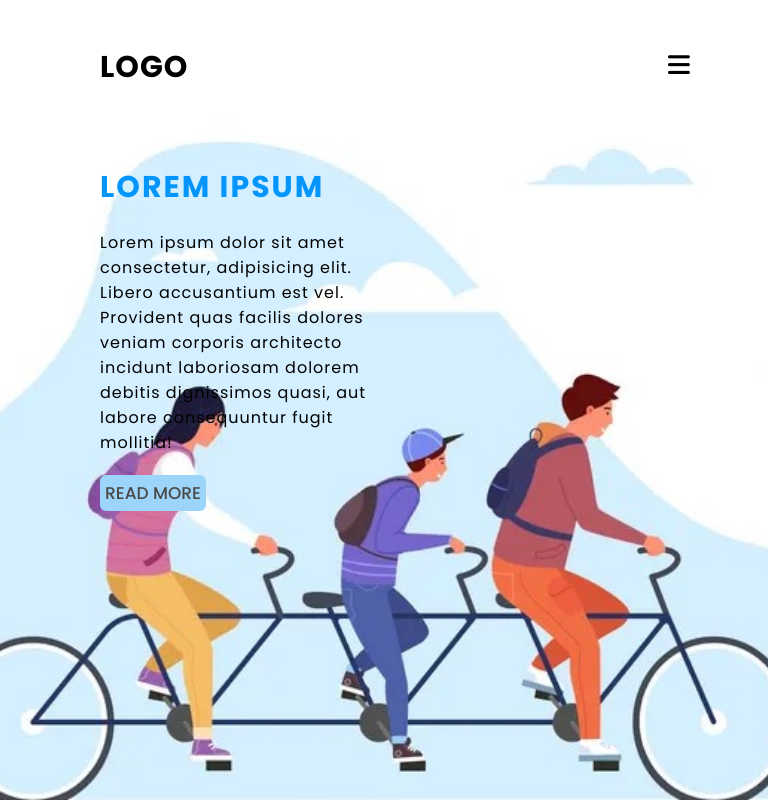
Repository: nganha241/1806
Page: index.html
These files come from the project's save history. The page is drawn as it stood at one moment and after the next save; the edit follows.
The browser window is 768 px wide. The pictures show the whole page.
Some web libraries are served in a nearby version.

Above is the page before, as saved 2022-06-18 16:45:28.

### index.html
<!DOCTYPE html>
<html lang="en">
  <head>
    <meta charset="UTF-8" />
    <meta http-equiv="X-UA-Compatible" content="IE=edge" />
    <meta name="viewport" content="width=device-width, initial-scale=1.0" />
    <title>Document</title>
    <link rel="stylesheet" href="style.css" />
    <script
      src="https://kit.fontawesome.com/ae971d7ee0.js"
      crossorigin="anonymous"
    ></script>
  </head>
  <body>
    <section>
      <input type="checkbox" id="check" />
      <header>
        <div class="logo">
          <h2>Logo</h2>
        </div>

        <div class="navigation">
          <a href="#">Home</a>
          <a href="#">News</a>
          <a href="#">Contact</a>
          <a href="#">About us</a>
        </div>
        <label for="check">
          <i class="fas fa-bars menu-btn"></i>
          <i class="fa fa-times close-btn"></i>
        </label>
      </header>
      <div class="content">
        <h1 class="title">LOREM IPSUM</h1>
        <p class="text">
          Lorem ipsum dolor sit amet consectetur, adipisicing elit. Libero
          accusantium est vel. Provident quas facilis dolores veniam corporis
          architecto incidunt laboriosam dolorem debitis dignissimos quasi, aut
          labore consequuntur fugit mollitia!
        </p>
        <button class="btn-more">READ MORE</button>
      </div>
    </section>
  </body>
</html>

### style.css
@import url('https://fonts.googleapis.com/css2?family=Poppins:wght@300;400;500;600;700;800;900&display=swap');

* {
    box-sizing: border-box;
    padding: 0;
    margin: 0;
    font-family: 'Poppins', sans-serif;
}

a {
    text-decoration: none;
}

section {
    width: 100%;
    min-height: 100vh;
    display: flex;
    flex-direction: column;
    justify-content: flex-start;
    background: url('./bg.jpg');
    background-size: cover;
    background-position: center;
}

section header {
    position: relative;
    top: 0;
    width: 100%;
    padding: 30px 100px;
    display: flex;
    justify-content: space-between;
    align-items: center;
}

.logo {
    position: relative;
    font-size: 28px;
    letter-spacing: 1px;
    cursor: pointer;
    text-transform: uppercase;
}

.navigation a{
   letter-spacing: 2px;
   background: none;
   padding: 5px 8px;
   text-transform: uppercase;
   font-weight: 500;
   border-radius: 20px;
   color: #111;
   transition: 0.4s;
    transition-property: background;
}

.navigation a:not(:last-child) {
    margin-right: 30px;
}

.navigation a:hover {
    color: #fff;
    background: rgb(102, 167, 252);
    transition: 0.4s;
}

.content {
    margin: 60px 100px;
    width: 40%;
}

.title {
    margin-bottom: 20px;
    text-transform: uppercase;
    font-weight: 700;
    font-size: 55px;
    color: #0296FC;
    letter-spacing: 2px;
}

.text {
    margin-bottom: 20px;
    letter-spacing: 1px;
}

.btn-more {
    background: #9DD4FA;
    border: none;
    border-radius: 6px;
    padding: 5px;
    font-size: 17px;
    cursor: pointer;
    font-weight: 500;
    color: rgb(73, 74, 72);
    transition: 0.4s;
    transition-property: transform;
}

.btn-more:hover {
    transform: scale(1.1);
}

label {
    display: none;
}



#check {
    display: none;
}



@media (max-width: 960px) {
    header .navigation {
        display: none;
    }
    label {
        display: block;
        cursor: pointer;
        font-size: 25px;
    }

    label .close-btn {
        display: none;
    }

    #check:checked ~ header .navigation {
        z-index: 2;
        position: fixed;
        top: 0;
        bottom: 0;
        left: 0;
        right: 0;
        background: rgba(144, 233, 255, 0.9);
        display: flex;
        flex-direction: column;
        justify-content: center;
        align-items: center;
    }

    #check:checked ~ header .navigation a {
        margin-bottom: 50px;
        font-weight: 700;
        align-items: center;
    }

    #check:checked ~ header label .menu-btn {
        display: none;
    }

    #check:checked ~ header label .close-btn {
        z-index: 2;
        display: block;
        position: fixed;
    }

    label .menu-btn {
        position: absolute;
    }

    header .logo {
        /* position: absolute; */
        bottom: -15px;
        font-size: 20px;
    }

    .content .title{
        font-size: 30px;
    }
}

After the next save:
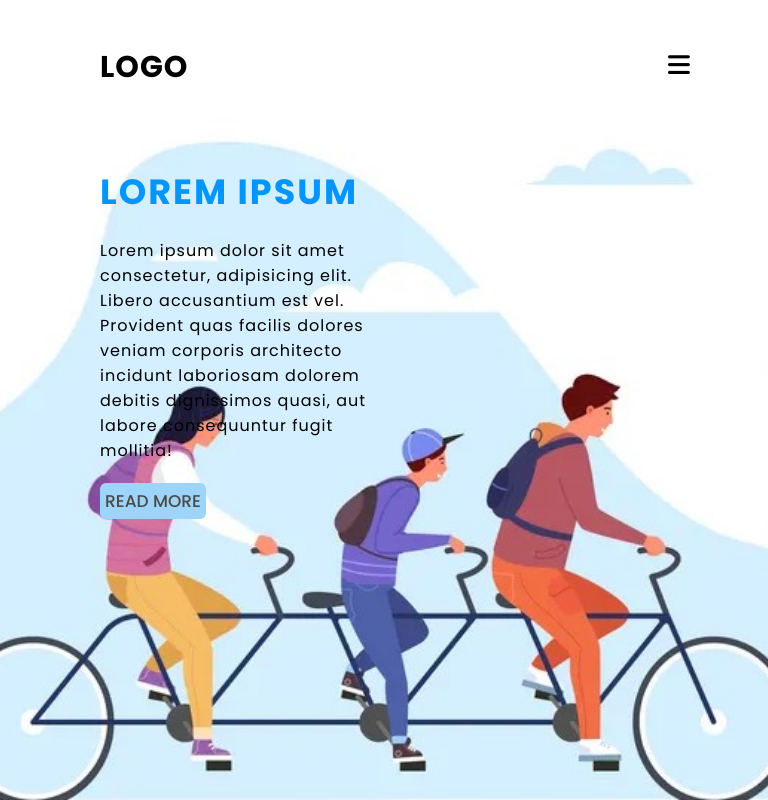
Saved 10 s later.
--- a/style.css
+++ b/style.css
@@ -165,6 +165,6 @@ label {
     }
 
     .content .title{
-        font-size: 30px;
+        font-size: 35px;
     }
 }
